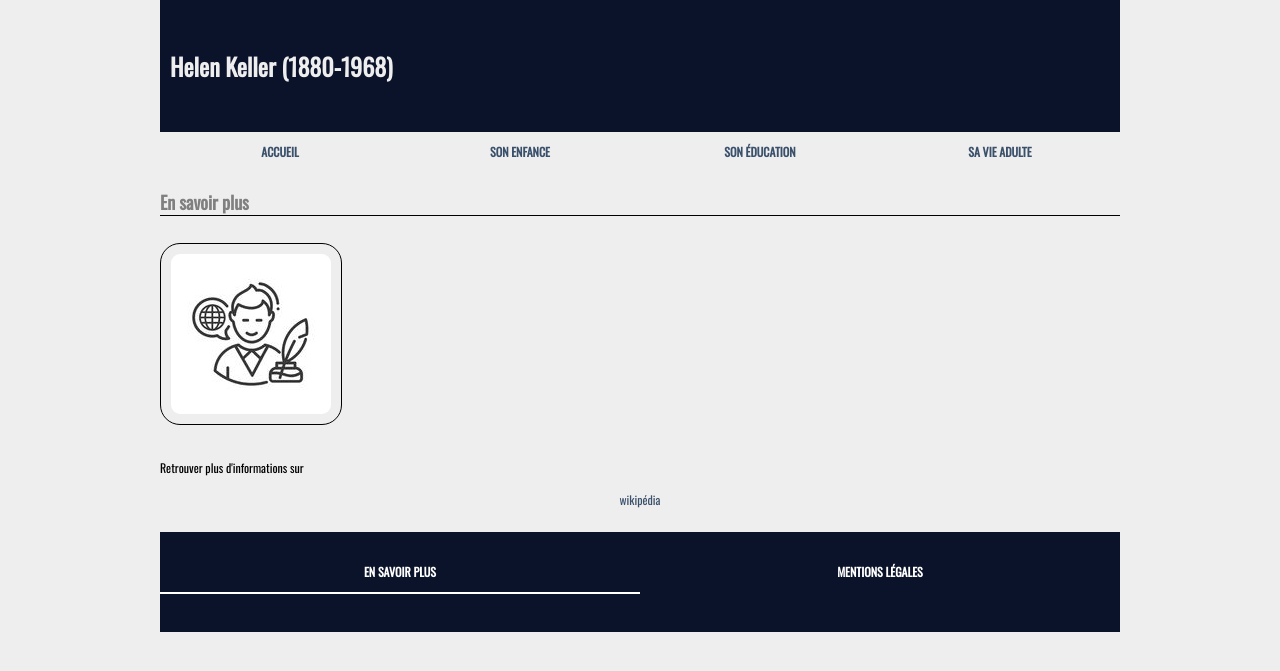
Repository: Luc010/Exercices
Page: HTML CSS/biographie_helen_keller/savoirplus.html
The author's editor kept a copy of each file at every save. The page is drawn from the files as they stood at one save, then again after the next save.
The browser window is 1280 px wide. The pictures show the whole page.
The pointer rests on the first visible `.m-foot > a`.

Above is the page before, as saved 2019-09-04 16:55:20.

### HTML CSS/biographie_helen_keller/savoirplus.html
<!DOCTYPE html>
<html lang="fr">
<head>
    <title>Biographie Helen Keller - En savoir plus</title>
    <meta charset="UTF-8">
    <meta name="viewport" content="width=device-width, initial-scale=1.0">
    <meta http-equiv="X-UA-Compatible" content="ie=edge">
    <link href="style.css" rel="stylesheet">
</head>
<body>
    <header>
        <div class="container">
            <h1>Helen Keller (1880-1968)</h1>
        </div>
    </header>
    <nav>
        <ul>
            <li><a href="index.html">Accueil</a></li>
            <li><a href="enfance.html">Son enfance</a></li>
            <li><a href="education.html">Son éducation</a></li>
            <li><a href="adulte.html">Sa vie adulte</a></li>
        </ul>
    </nav>
    <main>
        <div class="container">
            <h2>En savoir plus</h2>
            <p><img src="img/hk8.jpg" alt="icone biographie"></p>
            <p>Retrouver plus d'informations sur <a href="https://fr.wikipedia.org/wiki/Helen_Keller"
                    target="_blank">wikipédia</a></p>
        </div>
    </main>
    <footer>
        <div class="container">
            <!-- ul>li*5>a{lien$} -->
            <ul>
                <li class="m-foot"><a href="savoirplus.html">En savoir plus</a></li>
                <li class="m-foot"><a href="mentions.html">Mentions légales</a></li>
            </ul>
        </div>
    </footer>
</body>
</html>

### HTML CSS/biographie_helen_keller/style.css
@import url('https://fonts.googleapis.com/css?family=Oswald&display=swap');
body{
    margin: 0;
    padding: 0;
    background-color: #eee;
    font-size: 12px;
    font-family: 'Oswald',corbel,calibri,sans-serif;
}
header, footer{
    background-color: #0b132b;
    width: 960px;
    min-height: 100px;
    line-height: 100px;
    margin-left: auto;
    margin-right: auto;
}
h1{
    color: #eee;
    text-indent: 10px;
}
h2{
    color: grey;
    border-bottom: 1px solid black;
}
p{
    /* Pourcentage plus simple à gérer, interligne (utilité: bcp de text) */
    line-height:200%;
}
img{
    border: 1px solid black;
    border-radius: 20px;
    padding: 10px;
}
.container {
    display: flex;
    flex-direction: column;
    width: 960px;
    margin-left: auto;
    margin-right: auto;
}
nav {
    min-height: 40px;
    position: sticky;
    top: 0;
    width: 960px;
    margin-left: auto;
    margin-right: auto;
}
ul, li {
    margin: 0;
    padding: 0;
    list-style: none;
}
ul {
    display: flex;
}
li {
    width: 100%;
    margin-bottom: 2px;
    height: 40px;
    font-weight: bold;
    text-transform: uppercase;
}
a {
    color: #3a506b;
    text-decoration: none;
    display: block;
    height: 40px;
    line-height: 40px;
    text-align: center;
    background-color: #eee;
}
a:hover {
    color: white;
    background-color: black;
}
.m-foot{
    margin-top: 20px;
}
.m-foot > a{
    background-color: transparent;
    color: white;
}
.m-foot > a:hover{
    background-color: transparent;
    border-bottom: white 2px solid;
    border-width:
}

After the next save:
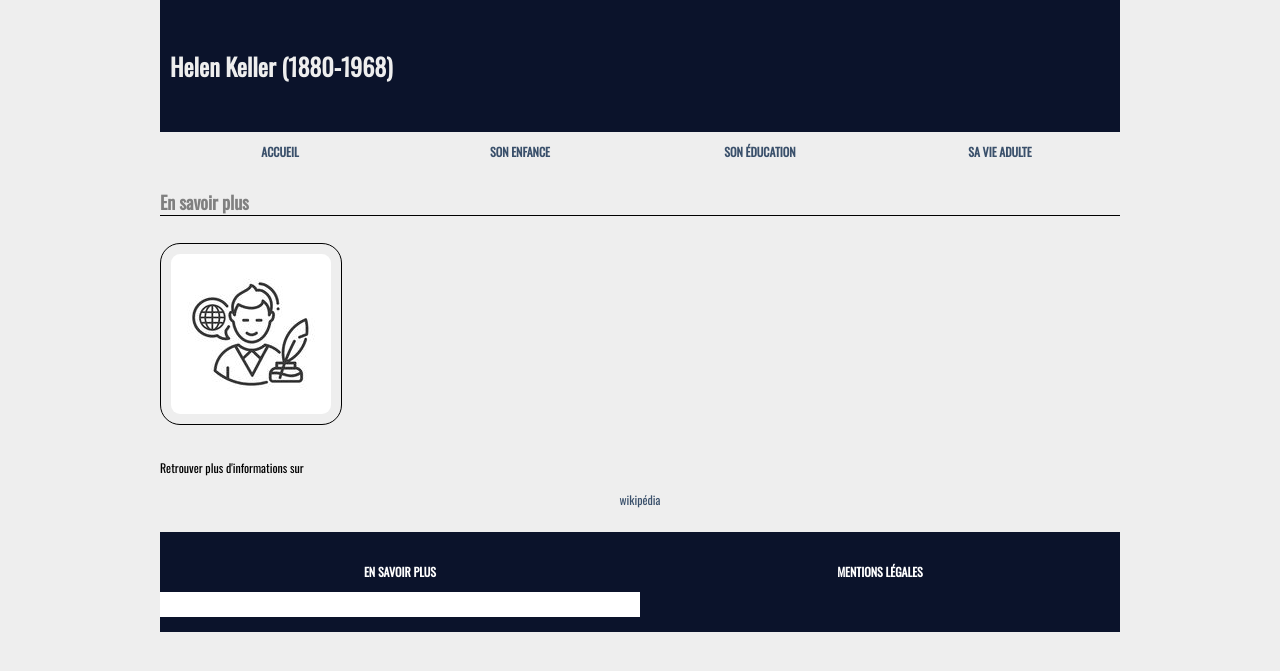
Saved 4 s later.
--- a/HTML CSS/biographie_helen_keller/style.css
+++ b/HTML CSS/biographie_helen_keller/style.css
@@ -84,5 +84,5 @@
 .m-foot > a:hover{
     background-color: transparent;
     border-bottom: white 2px solid;
-    border-width:
+    border-width: 25px;
 }

After the save that followed:
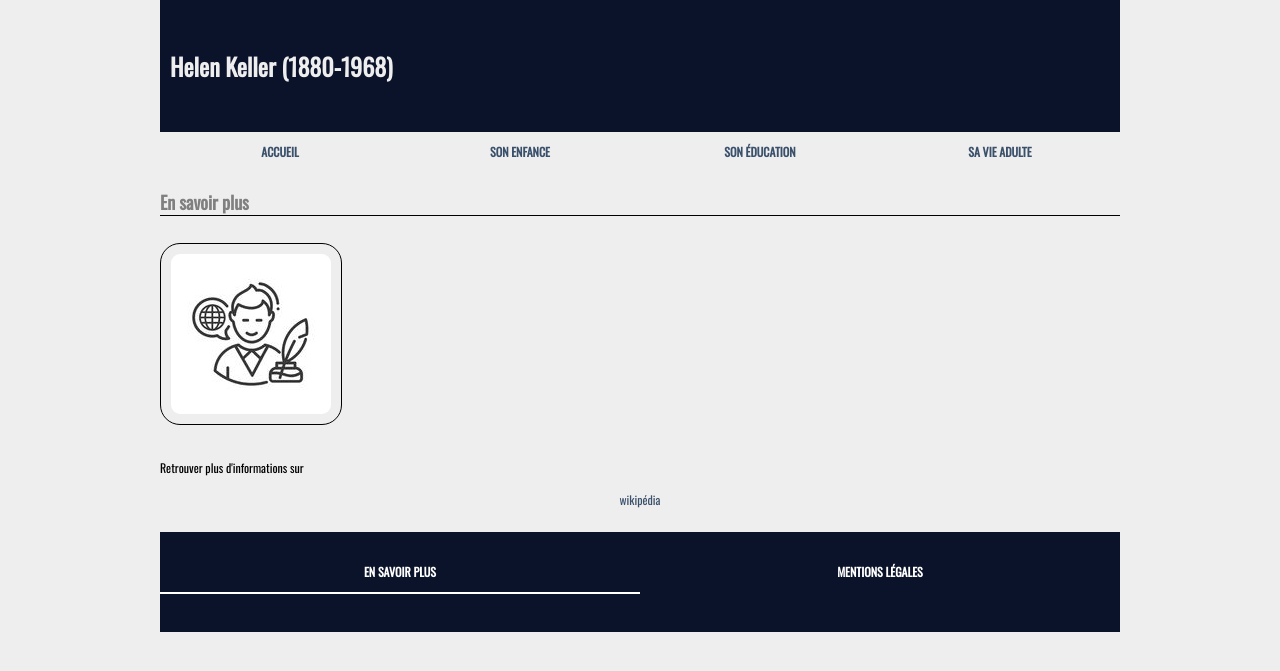
Saved 9 s later.
--- a/HTML CSS/biographie_helen_keller/style.css
+++ b/HTML CSS/biographie_helen_keller/style.css
@@ -84,5 +84,4 @@
 .m-foot > a:hover{
     background-color: transparent;
     border-bottom: white 2px solid;
-    border-width: 25px;
 }
